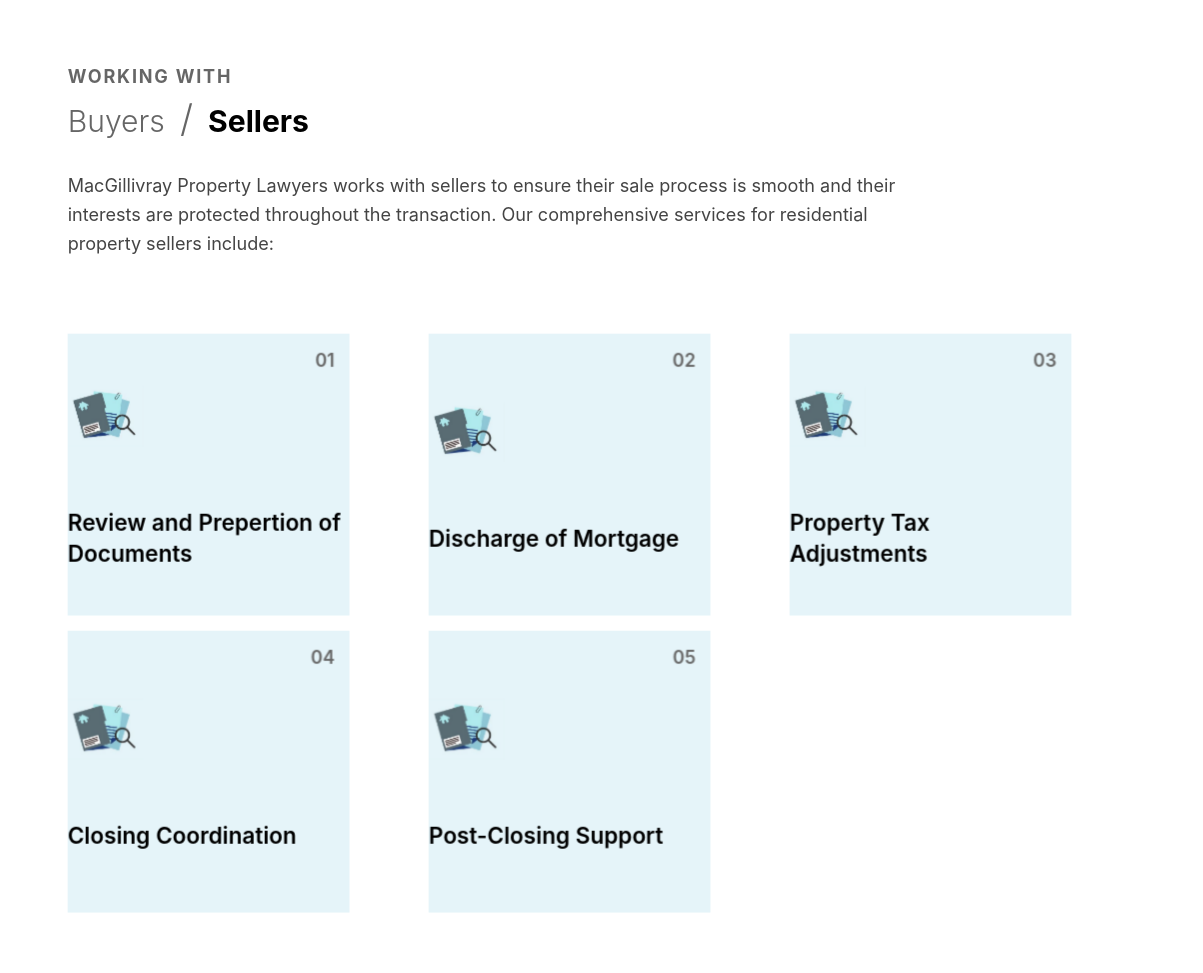
Repository: mibma/alphavent
Page: /sellers
These files come from the project's save history. The page is drawn as it stood at one moment and after the next save; the edit follows.
The browser window is 1280 px wide. The pictures show the whole page, at 94% of full size.
The project was rebuilt for these pictures with package versions that can differ from the ones it lists, and the page was loaded fresh each time. The framework's server and built-in components were replaced by stand-ins that run in the browser.

Above is the page before, as saved 2025-04-24 18:27:01.

### pages/_app.js
import '../styles/globals.css'

function MyApp({ Component, pageProps }) {
  return <Component {...pageProps} />
}

export default MyApp

### pages/sellers.js
import styles from '../styles/Home.module.css';
import Head from 'next/head';
import Link from 'next/link';
import Image from 'next/image';
import { useRouter } from 'next/router';
import { useState } from 'react';

const sellerServices = [
  {
    id: '01',
    title: 'Review and Prepertion of Documents',
    icon: '/Capture.JPG'
  },
  {
    id: '02',
    title: 'Discharge of Mortgage',
    icon: '/Capture.JPG'
  },
  {
    id: '03',
    title: 'Property Tax Adjustments',
    icon: '/Capture.JPG'
  },
  {
    id: '04',
    title: 'Closing Coordination',
    icon: '/Capture.JPG'
  },
  {
    id: '05',
    title: 'Post-Closing Support',
    icon: '/Capture.JPG'
  }
];

export default function SellerPage() {
  const router = useRouter();
  const [isTransitioning, setIsTransitioning] = useState(false);

  const handleBuyerClick = (e) => {
    e.preventDefault();
    setIsTransitioning(true);
    setTimeout(() => {
      router.push('/');
    }, 300);
  };

  return (
    <div className={styles.container}>
      <Head>
        <title>Working with Sellers | MacGillivray Property Lawyers</title>
        <meta name="description" content="Professional property law services for sellers" />
      </Head>

      <main className={styles.main}>
        <div className={styles.header}>
          <h1 className={styles.title}>
            <span className={styles.mainTitle}>WORKING WITH</span>
            <div className={styles.titleRow}>
              <Link
                href="/"
                className={styles.smallTitle}
                onClick={handleBuyerClick}
              >
                Buyers
              </Link>
              <span className={styles.divider}>/</span>
              <span className={`${styles.largeTitle} ${isTransitioning ? styles.exitToRight : ''}`}>
                Sellers
              </span>
            </div>
          </h1>

          <p className={styles.description}>
            MacGillivray Property Lawyers works with sellers to ensure their sale process is smooth and their interests are protected throughout the transaction. Our comprehensive services for residential property sellers include:
          </p>
        </div>

        <div className={styles.servicesGrid}>
          {sellerServices.map((service) => (
            <div key={service.id} className={styles.serviceCard}>
              <div className={styles.serviceContent}>
                <div className={styles.iconContainer}>
                  <Image
                    src={service.icon}
                    alt={service.title}
                    fill
                    className={styles.icon}
                  />
                </div>
                <h3 className={styles.serviceTitle}>{service.title}</h3>
              </div>
              <div className={styles.serviceNumber}>{service.id}</div>
            </div>
          ))}
        </div>
      </main>
    </div>
  );
}

### styles/globals.css
html,
body {
  padding: 0;
  margin: 0;
  font-family: -apple-system, BlinkMacSystemFont, Segoe UI, Roboto, Oxygen,
    Ubuntu, Cantarell, Fira Sans, Droid Sans, Helvetica Neue, sans-serif;
}

a {
  color: inherit;
  text-decoration: none;
}

* {
  box-sizing: border-box;
}

### styles/Home.module.css
.container {
  max-width: 1200px;
  margin: 0 auto;
  padding: 2rem;
  overflow-x: hidden;
}

.nav {
  display: flex;
  justify-content: flex-end;
  padding: 1rem 0;
}

.navLink {
  color: #0070f3;
  text-decoration: none;
  font-size: 1.1rem;
  transition: color 0.3s ease;
}

.navLink:hover {
  color: #0051b3;
}

.main {
  min-height: 100vh;
  padding: 1rem 0;
}

.header {
  margin-bottom: 4rem;
  position: relative;
}

.title {
  margin-bottom: 2rem;
}

.mainTitle {
  display: block;
  font-size: 1.2rem;
  color: #666;
  margin-bottom: 0.5rem;
  letter-spacing: 0.1em;
  opacity: 0;
  animation: fadeInDown 0.5s ease forwards;
}

.titleRow {
  display: flex;
  align-items: baseline;
  gap: 1rem;
  position: relative;
}

.titleWrapper {
  display: flex;
  align-items: baseline;
  gap: 1rem;
}

.largeTitle {
  font-weight: 700;
  color: #000;
  transition: font-size 0.6s ease;
  cursor: pointer;
}

.titleButton {
  background: none;
  border: none;
  cursor: pointer;
  padding: 0;
  font-size: 2.5rem;
  color: #666;
  font-weight: 300;
  transition: all 0.3s ease;
}

.titleButton:hover {
  color: #000;
}

.titleExit {
  animation: none;
}

.cardFlip {
  animation: flipCard 0.6s ease forwards;
}

.fadeOut {
  opacity: 0;
  transition: opacity 0.3s ease;
}

.fadeIn {
  opacity: 1;
  transition: opacity 0.3s ease;
}

.divider {
  font-size: 2.5rem;
  color: #666;
  font-weight: 300;
}

.smallTitle {
  font-weight: 300;
  color: #666;
  transition: all 0.6s ease;
  cursor: pointer;
}

.description {
  font-size: 1.2rem;
  line-height: 1.6;
  color: #444;
  max-width: 900px;
  margin-bottom: 3rem;
  opacity: 0;
  animation: fadeIn 0.5s ease 0.5s forwards;
}

.servicesGrid {
  display: grid;
  grid-template-columns: repeat(auto-fit, minmax(280px, 1fr));
  gap: 1rem;
  padding: 1rem 0;
}

.serviceCard {
  background-color: #E5F4F9;
  /* border-radius: 12px; */
  /* padding: 1.5rem 2rem; */
  padding: 1rem rem;
  position: relative;
  min-height: 300px;
  width: 100%;
  max-width: 300px;
  display: flex;
  flex-direction: column;
  justify-content: center;
  transform-style: preserve-3d;
  perspective: 1000px;
  opacity: 0;
  animation: fadeInUp 0.5s ease forwards;
  transition: transform 0.6s ease;
}

.serviceCard:nth-child(1) { animation-delay: 0.6s; }
.serviceCard:nth-child(2) { animation-delay: 0.7s; }
.serviceCard:nth-child(3) { animation-delay: 0.8s; }
.serviceCard:nth-child(4) { animation-delay: 0.9s; }
.serviceCard:nth-child(5) { animation-delay: 1.0s; }

.serviceCard:hover {
  transform: translateY(-5px);
  box-shadow: 0 10px 20px rgba(0, 0, 0, 0.05);
}

.serviceContent {
  flex: 1;
  display: flex;
  flex-direction: column;
  justify-content: center;
  transform-style: preserve-3d;
  backface-visibility: hidden;
  gap: 1.5rem;
}

.serviceContentFront, .serviceContentBack {
  position: absolute;
  width: 100%;
  height: 100%;
  backface-visibility: hidden;
  display: flex;
  flex-direction: column;
  justify-content: center;
}

.serviceContentBack {
  transform: rotateY(180deg);
}

.iconContainer {
  width: 80px;
  height: 80px;
  position: relative;
  margin-bottom: 2rem;
}

.icon {
  object-fit: contain;
  width: 100%;
  height: 100%;
}

.serviceTitle {
  font-size: 1.5rem;
  font-weight: 600;
  margin: 0;
  line-height: 1.4;
}

.serviceNumber {
  position: absolute;
  top: 1rem;
  right: 1rem;
  font-size: 1.2rem;
  font-weight: 600;
  color: #666;
}

.serviceDescription {
  color: #718096;
  line-height: 1.5;
}

@keyframes fadeInUp {
  from {
    opacity: 0;
    transform: translateY(20px);
  }
  to {
    opacity: 1;
    transform: translateY(0);
  }
}

@keyframes fadeInDown {
  from {
    opacity: 0;
    transform: translateY(-20px);
  }
  to {
    opacity: 1;
    transform: translateY(0);
  }
}

@keyframes fadeIn {
  from {
    opacity: 0;
  }
  to {
    opacity: 1;
  }
}

@keyframes slideInRight {
  from {
    opacity: 0;
    transform: translateX(-100%);
  }
  to {
    opacity: 1;
    transform: translateX(0);
  }
}

@keyframes slideOutRight {
  from {
    opacity: 1;
    transform: translateX(0);
  }
  to {
    opacity: 0;
    transform: translateX(100%);
  }
}

/* Add a class for exit animation */
.exitToRight {
  animation: slideOutRight 0.6s ease forwards;
}

.enterFromRight {
  animation: slideInRight 0.6s ease forwards;
}

@media (max-width: 768px) {
  .container {
    padding: 1rem;
  }

  .titleRow {
    flex-direction: column;
    gap: 0.5rem;
  }

  .divider {
    display: none;
  }

  .smallTitle {
    font-size: 2rem;
  }

  .servicesGrid {
    grid-template-columns: 1fr;
  }

  .serviceCard {
    min-height: 150px;
  }

  .serviceTitle {
    font-size: 1.75rem;
  }
}

@keyframes flipCard {
  0% {
    transform: perspective(1000px) rotateY(0deg);
  }
  50% {
    transform: perspective(1000px) rotateY(90deg);
  }
  100% {
    transform: perspective(1000px) rotateY(0deg);
  }
}

.flipCard {
  animation: flipCard 0.6s ease forwards;
}

After the next save:
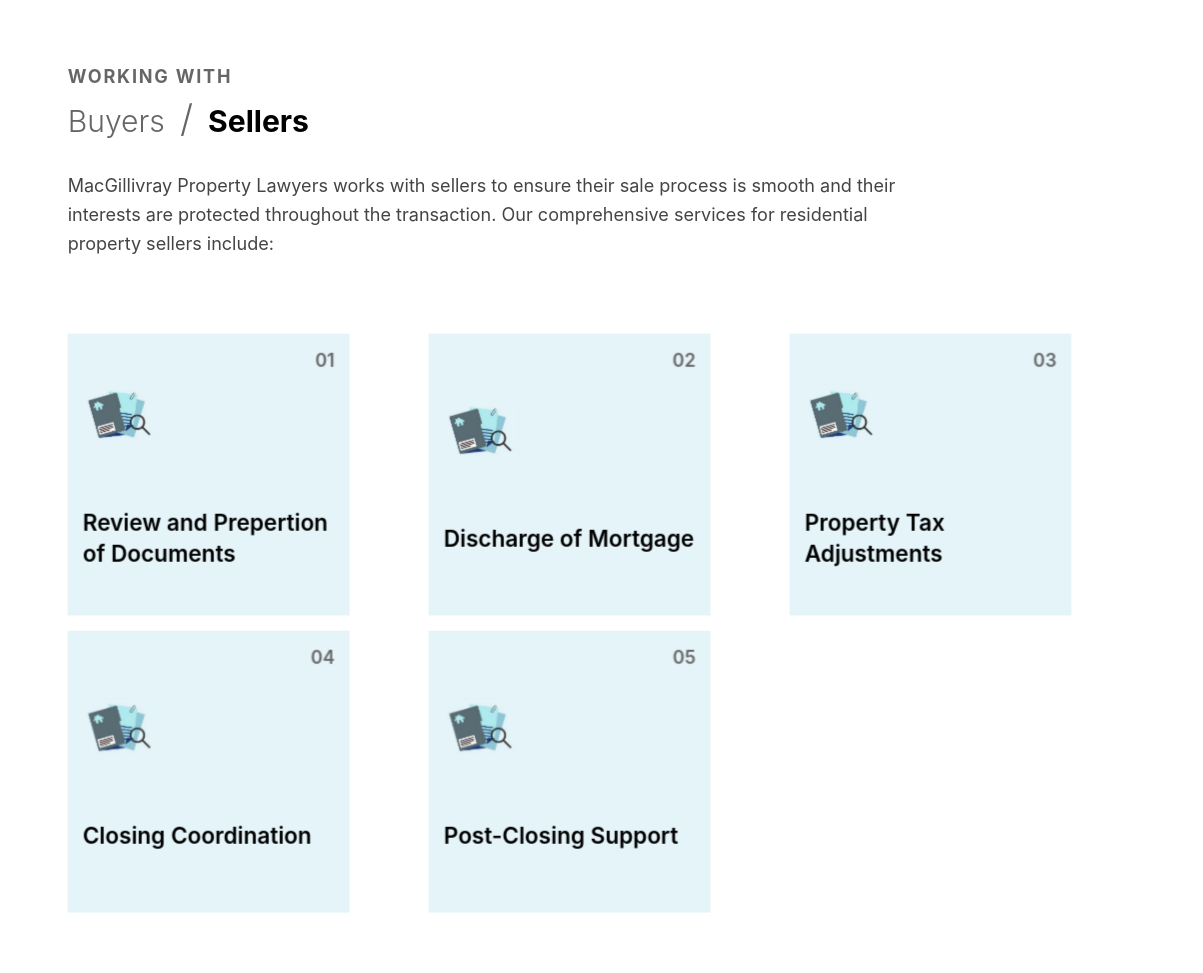
Saved 5 s later.
--- a/styles/Home.module.css
+++ b/styles/Home.module.css
@@ -133,7 +133,7 @@
   background-color: #E5F4F9;
   /* border-radius: 12px; */
   /* padding: 1.5rem 2rem; */
-  padding: 1rem rem;
+  padding: 1rem 1rem;
   position: relative;
   min-height: 300px;
   width: 100%;

After the 2 saves that followed:
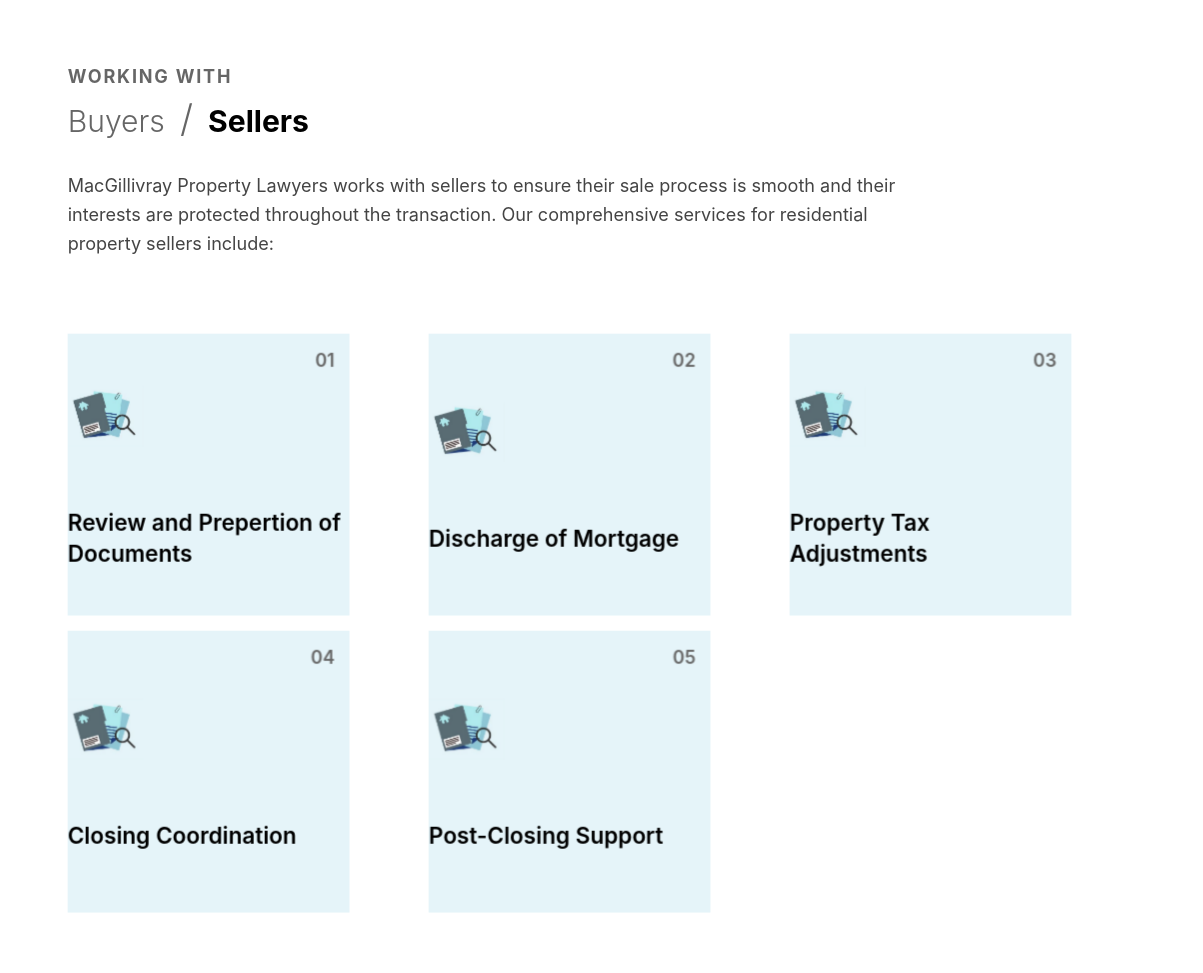
The 2 saves are shown as one change because they came seconds apart.
The last was saved 20 s later.
--- a/styles/Home.module.css
+++ b/styles/Home.module.css
@@ -133,7 +133,7 @@
   background-color: #E5F4F9;
   /* border-radius: 12px; */
   /* padding: 1.5rem 2rem; */
-  padding: 1rem 1rem;
+  padding: 1.5rem 0rem;
   position: relative;
   min-height: 300px;
   width: 100%;
